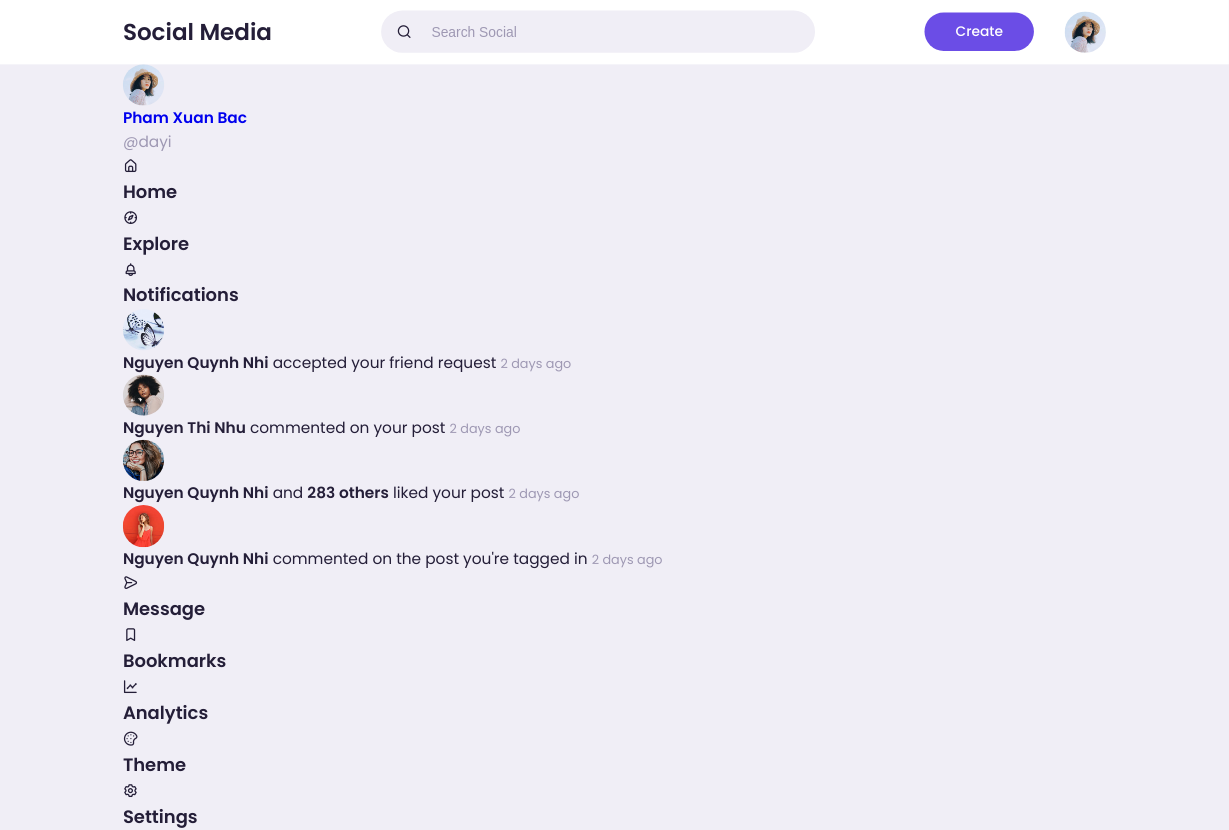
Repository: northpx/socialMedia
Page: index.html
An editor plug-in stored every save of this project. The page is shown before and after the next save, followed by the edit.
The browser window is 1280 px wide. The pictures show the whole page, at 96% of full size.

Above is the page before, as saved 2023-03-07 17:09:46.

After the next save:
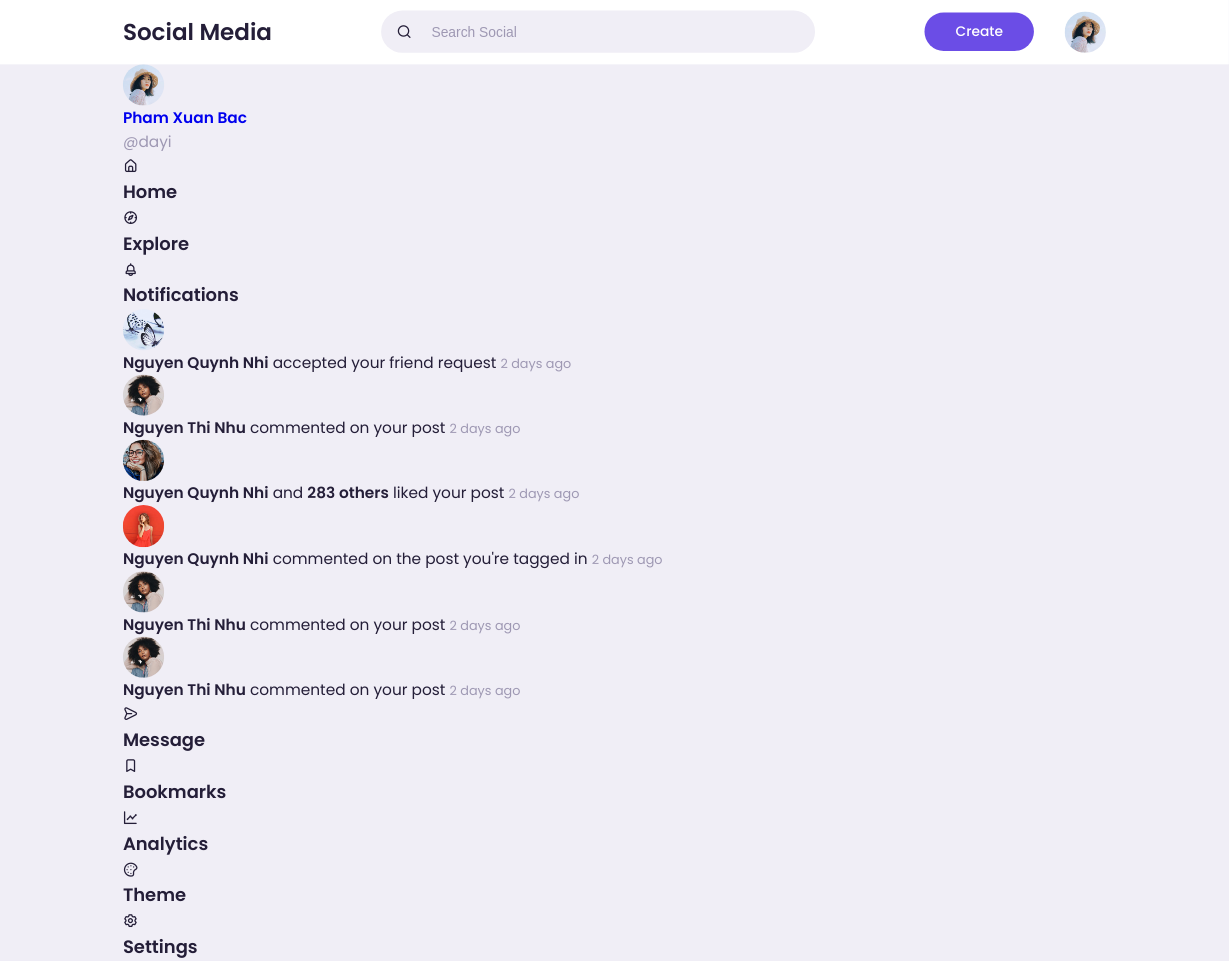
Saved 19 s later.
--- a/index.html
+++ b/index.html
@@ -90,6 +90,24 @@
                                     <small class="text-muted">2 days ago</small>
                                 </div>
                             </div>
+                            <div>
+                                <div class="profile-picture">
+                                    <img src="./images/profile-3.jpg" alt="">
+                                </div>
+                                <div class="notification-body">
+                                    <b>Nguyen Thi Nhu</b> commented on your post
+                                    <small class="text-muted">2 days ago</small>
+                                </div>
+                            </div>
+                            <div>
+                                <div class="profile-picture">
+                                    <img src="./images/profile-3.jpg" alt="">
+                                </div>
+                                <div class="notification-body">
+                                    <b>Nguyen Thi Nhu</b> commented on your post
+                                    <small class="text-muted">2 days ago</small>
+                                </div>
+                            </div>
                         </div>
                     </a>
                     <a class="menu-item">
